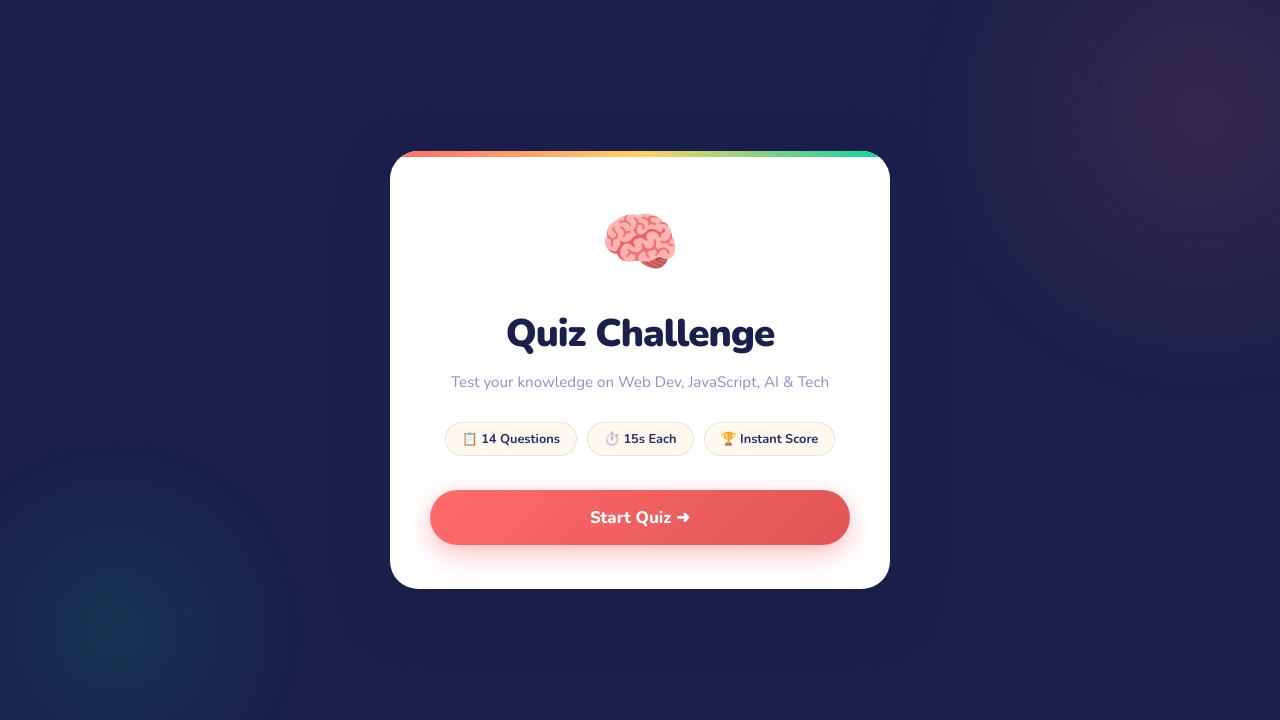
Repository: fatimaqueen9967-eng/SyntacexhubQuizApp
Page: index.html
An editor plug-in stored every save of this project. The page is shown before and after the next save, followed by the edit.
The browser window is 1280 px wide. The pictures show the whole page.

Above is the page before, as saved 2026-03-15 16:54:06.

### index.html
<!DOCTYPE html>
<html lang="en">
<head>
    <meta charset="UTF-8">
    <meta name="viewport" content="width=device-width, initial-scale=1.0">
    <title>Quiz App</title>
    <link rel="preconnect" href="https://fonts.googleapis.com">
    <link href="https://fonts.googleapis.com/css2?family=Nunito:wght@400;600;700;800;900&display=swap" rel="stylesheet">
    <link rel="stylesheet" href="style.css">
</head>
<body>

    <!-- ========== SCREEN 1: START ========== -->
    <div id="start-screen" class="screen active">
        <div class="start-card">
            <div class="start-icon">🧠</div>
            <h1>Quiz Challenge</h1>
            <p class="start-sub">Test your knowledge on Web Dev, JavaScript, AI & Tech</p>
            <div class="start-badges">
                <div class="badge">📋 14 Questions</div>
                <div class="badge">⏱️ 15s Each</div>
                <div class="badge">🏆 Instant Score</div>
            </div>
            <button id="startBtn" class="btn-main">Start Quiz ➜</button>
        </div>
    </div>

    <!-- ========== SCREEN 2: QUIZ ========== -->
    <div id="quiz-screen" class="screen">
        <h1 class="quiz-heading">My Quiz App</h1>
        <div class="box" id="quiz-box">
            <div id="progress-bar-wrap">
                <div id="progress-bar"></div>
            </div>
            <div id="meta-row">
                <span id="q-counter">Question 1 / 14</span>
                <span id="timer">⏱ 15s</span>
            </div>
            <div class="question">
                <p id="question-text">Loading...</p>
            </div>
            <div class="options" id="options-container"></div>
            <p id="feedback"></p>
            <button id="nextBtn" style="display:none;">Next →</button>
        </div>
    </div>

    <!-- ========== SCREEN 3: RESULT ========== -->
    <div id="result-screen" class="screen">
        <div class="result-card">
            <div class="result-trophy" id="result-trophy">🏆</div>
            <h2 class="result-title" id="result-title">Excellent!</h2>
            <p class="result-sub" id="result-sub">You really know your stuff!</p>

            <div class="score-ring-wrap">
                <svg class="score-svg" viewBox="0 0 120 120">
                    <defs>
                        <linearGradient id="scoreGrad" x1="0%" y1="0%" x2="100%" y2="100%">
                            <stop offset="0%"   stop-color="#ff6b6b"/>
                            <stop offset="50%"  stop-color="#ffd166"/>
                            <stop offset="100%" stop-color="#06d6a0"/>
                        </linearGradient>
                    </defs>
                    <circle class="ring-bg"   cx="60" cy="60" r="50"/>
                    <circle class="ring-fill" id="ring-fill" cx="60" cy="60" r="50"/>
                </svg>
                <div class="score-center">
                    <span class="score-num" id="score-num">0</span>
                    <span class="score-den">/14</span>
                </div>
            </div>

            <div class="result-stats">
                <div class="stat-box stat-correct">
                    <span class="stat-icon">✅</span>
                    <span class="stat-num" id="st-correct">0</span>
                    <span class="stat-lbl">Correct</span>
                </div>
                <div class="stat-box stat-wrong">
                    <span class="stat-icon">❌</span>
                    <span class="stat-num" id="st-wrong">0</span>
                    <span class="stat-lbl">Wrong</span>
                </div>
                <div class="stat-box stat-pct">
                    <span class="stat-icon">📊</span>
                    <span class="stat-num" id="st-pct">0%</span>
                    <span class="stat-lbl">Score</span>
                </div>
            </div>

            <p class="result-msg" id="result-msg"></p>

            <div class="result-btns">
                <button id="restartBtn" class="btn-main">🔄 Play Again</button>
            </div>
        </div>
    </div>

    <script src="script.js"></script>
</body>
</html>

### style.css
@import url('https://fonts.googleapis.com/css2?family=Nunito:wght@400;600;700;800;900&display=swap');

*, *::before, *::after {
    box-sizing: border-box;
    margin: 0;
    padding: 0;
}

:root {
    --navy:        #1a1f4b;
    --navy-mid:    #252d6b;
    --navy-light:  #3a4490;
    --coral:       #ff6b6b;
    --coral-dark:  #e05555;
    --coral-light: #ff9a9a;
    --cream:       #fff9f0;
    --gold:        #ffd166;
    --gold-dark:   #f5b800;
    --mint:        #06d6a0;
    --mint-dark:   #05b887;
    --text-dark:   #1a1f4b;
    --text-mid:    #4a5180;
    --text-muted:  #8b91c0;
    --white:       #ffffff;
    --shadow-deep: 0 20px 60px rgba(26,31,75,0.3);
    --radius-sm:   10px;
    --radius-md:   18px;
    --radius-lg:   28px;
}

body {
    font-family: 'Nunito', sans-serif;
    background: var(--navy);
    min-height: 100vh;
    display: flex;
    align-items: center;
    justify-content: center;
    padding: 20px;
    overflow-x: hidden;
    position: relative;
}

body::before {
    content: '';
    position: fixed;
    width: 600px; height: 600px;
    background: radial-gradient(circle, rgba(255,107,107,0.12) 0%, transparent 65%);
    top: -200px; right: -200px;
    border-radius: 50%;
    pointer-events: none;
    animation: bgFloat 8s ease-in-out infinite alternate;
}
body::after {
    content: '';
    position: fixed;
    width: 400px; height: 400px;
    background: radial-gradient(circle, rgba(6,214,160,0.1) 0%, transparent 65%);
    bottom: -100px; left: -100px;
    border-radius: 50%;
    pointer-events: none;
    animation: bgFloat 10s ease-in-out infinite alternate-reverse;
}
@keyframes bgFloat {
    from { transform: translate(0,0) scale(1); }
    to   { transform: translate(30px,20px) scale(1.08); }
}

/* SCREENS */
.screen {
    position: fixed;
    inset: 0;
    display: flex;
    flex-direction: column;
    align-items: center;
    justify-content: center;
    padding:  40px 20px;
    padding-top: 60px;
    padding-bottom: 40px;
    opacity: 0;
    pointer-events: none;
    transition: opacity 0.45s ease;
    z-index: 10;
    overflow-y: auto;
}
.screen.active {
    opacity: 1;
    pointer-events: all;
}

/* START CARD */
.start-card {
    background: var(--white);
    border-radius: var(--radius-lg);
    padding: 52px 40px 44px;
    text-align: center;
    max-width: 440px;
    width: 100%;
    box-shadow: var(--shadow-deep);
    animation: popIn 0.7s cubic-bezier(0.16,1,0.3,1) both;
    position: relative;
    overflow: hidden;
}
.start-card::before {
    content: '';
    position: absolute;
    top: 0; left: 0; right: 0;
    height: 6px;
    background: linear-gradient(90deg, var(--coral), var(--gold), var(--mint));
}

.start-icon {
    font-size: 4rem;
    display: block;
    margin-bottom: 16px;
    animation: bounce 1.8s ease-in-out infinite;
}
@keyframes bounce {
    0%,100% { transform: translateY(0); }
    50%      { transform: translateY(-10px); }
}

.start-card h1 {
    font-size: 2.4rem;
    font-weight: 900;
    color: var(--navy);
    letter-spacing: -1px;
    margin-bottom: 10px;
}
.start-sub {
    color: var(--text-muted);
    font-size: 0.95rem;
    line-height: 1.6;
    margin-bottom: 28px;
}
.start-badges {
    display: flex;
    justify-content: center;
    gap: 10px;
    flex-wrap: wrap;
    margin-bottom: 34px;
}
.badge {
    background: var(--cream);
    color: var(--navy-mid);
    border: 1.5px solid rgba(26,31,75,0.1);
    padding: 7px 16px;
    border-radius: 50px;
    font-size: 0.8rem;
    font-weight: 700;
}

/* MAIN BUTTON */
.btn-main {
    display: inline-flex;
    align-items: center;
    justify-content: center;
    gap: 8px;
    width: 100%;
    padding: 16px 32px;
    background: linear-gradient(135deg, var(--coral), var(--coral-dark));
    color: var(--white);
    border: none;
    border-radius: 50px;
    font-family: 'Nunito', sans-serif;
    font-size: 1.05rem;
    font-weight: 800;
    cursor: pointer;
    box-shadow: 0 8px 24px rgba(255,107,107,0.45);
    transition: transform 0.25s ease, box-shadow 0.25s ease;
}
.btn-main:hover {
    transform: translateY(-3px);
    box-shadow: 0 14px 32px rgba(255,107,107,0.55);
    color:black;
}
.btn-main:active { transform: translateY(0); }

/* QUIZ SCREEN */
.quiz-heading {
    font-size: 1.5rem;
    font-weight: 900;
    color: var(--white);
    margin-bottom: 18px;
    letter-spacing: -0.5px;
}
.box {
    background: var(--white);
    color: var(--text-dark);
    padding: 28px 24px;
    border-radius: var(--radius-md);
    width: 100%;
    max-width: 460px;
    overflow-wrap: anywhere;
    box-shadow: var(--shadow-deep);
    border-top: 6px solid var(--coral);
}

#progress-bar-wrap {
    background: #ede8ff;
    border-radius: 50px;
    height: 8px;
    margin-bottom: 14px;
    overflow: hidden;
}
#progress-bar {
    height: 100%;
    background: linear-gradient(90deg, var(--coral), var(--gold));
    border-radius: 50px;
    width: 0%;
    transition: width 0.5s ease;
    box-shadow: 0 0 8px rgba(255,107,107,0.4);
}

#meta-row {
    display: flex;
    justify-content: space-between;
    align-items: center;
    margin-bottom: 18px;
    font-size: 0.82rem;
    font-weight: 700;
    color: var(--text-mid);
}
#timer {
    background: #fff0f0;
    border: 1.5px solid var(--coral-light);
    color: var(--coral-dark);
    padding: 4px 14px;
    border-radius: 50px;
    font-weight: 800;
    font-size: 0.8rem;
    transition: all 0.3s;
}
#timer.urgent {
    background: var(--coral);
    color: var(--white);
    border-color: var(--coral);
    animation: timerPulse 0.5s ease infinite alternate;
}
@keyframes timerPulse {
    from { transform: scale(1); }
    to   { transform: scale(1.08); }
}

.question { margin-bottom: 16px; }
.question p {
    font-size: 1.05rem;
    font-weight: 700;
    color: var(--navy);
    line-height: 1.65;
}
.options {
    display: flex;
    flex-direction: column;
    gap: 8px;
    margin-bottom: 16px;
}

button {
    background: var(--cream);
    color: var(--navy);
    padding: 12px 16px;
    margin: 0;
    border: 2px solid rgba(26,31,75,0.1);
    border-radius: var(--radius-sm);
    cursor: pointer;
    font-family: 'Nunito', sans-serif;
    font-size: 0.88rem;
    font-weight: 700;
    text-align: left;
    width: 100%;
    transition: background 0.2s, transform 0.18s, box-shadow 0.2s, border-color 0.2s;
    animation: fadeSlideUp 0.3s ease both;
}
button:nth-child(1) { animation-delay: 0.04s; }
button:nth-child(2) { animation-delay: 0.09s; }
button:nth-child(3) { animation-delay: 0.14s; }
button:nth-child(4) { animation-delay: 0.19s; }

button:hover:not(:disabled) {
    background: #ede8ff;
    border-color: var(--navy-light);
    transform: translateX(5px);
    box-shadow: 0 4px 14px rgba(26,31,75,0.12);
}
button.correct {
    background: #d4f7e8 !important;
    border-color: var(--mint) !important;
    color: #047857 !important;
    animation: correctPop 0.35s ease both;
}
button.wrong {
    background: #ffe5e5 !important;
    border-color: var(--coral) !important;
    color: var(--coral-dark) !important;
    animation: wrongShake 0.4s ease both;
}
button:disabled { cursor: not-allowed; opacity: 0.9; }

#feedback {
    font-size: 0.85rem;
    font-weight: 700;
    min-height: 22px;
    margin-bottom: 10px;
    color: var(--text-muted);
}
#feedback.ok      { color: var(--mint-dark); }
#feedback.err     { color: var(--coral-dark); }
#feedback.timeout { color: var(--gold-dark); }

#nextBtn {
    background: linear-gradient(135deg, var(--navy), var(--navy-light));
    color: var(--white);
    padding: 12px 28px;
    border: none;
    border-radius: 50px;
    font-family: 'Nunito', sans-serif;
    font-size: 0.92rem;
    font-weight: 800;
    width: 100%;
    text-align: center;
    cursor: pointer;
    box-shadow: 0 6px 18px rgba(26,31,75,0.3);
    transition: transform 0.2s, box-shadow 0.2s;
    animation: fadeIn 0.3s ease both;
}
#nextBtn:hover {
    transform: translateY(-2px);
    box-shadow: 0 10px 26px rgba(26,31,75,0.4);
}

/* RESULT SCREEN */
.result-card {
    background: var(--white);
    border-radius: var(--radius-lg);
    padding: 44px 36px 60px;
    text-align: center;
    max-width: 440px;
    width: 100%;
    box-shadow: var(--shadow-deep);
    animation: popIn 0.7s cubic-bezier(0.16,1,0.3,1) both;
    position: relative;
    overflow: hidden;
    /* max-height: 90vh; */
    /* overflow-y: auto; */
    margin-bottom: 30px;
}
.result-card::before {
    content: '';
    position: absolute;
    top: 0; left: 0; right: 0;
    height: 6px;
    background: linear-gradient(90deg, var(--gold), var(--coral), var(--mint));
}
.result-trophy {
    font-size: 4rem;
    display: block;
    margin-bottom: 10px;
    animation: trophyBounce 0.7s cubic-bezier(0.36,0.07,0.19,0.97) both 0.2s;
}
@keyframes trophyBounce {
    0%   { transform: scale(0) rotate(-15deg); opacity: 0; }
    60%  { transform: scale(1.25) rotate(5deg); }
    80%  { transform: scale(0.9) rotate(-3deg); }
    100% { transform: scale(1) rotate(0deg); opacity: 1; }
}
.result-title {
    font-size: 2rem;
    font-weight: 900;
    color: var(--navy);
    margin-bottom: 4px;
    letter-spacing: -0.5px;
}
.result-sub {
    color: var(--text-muted);
    font-size: 0.92rem;
    margin-bottom: 26px;
}

/* Score Ring */
.score-ring-wrap {
    position: relative;
    width: 150px; height: 150px;
    margin: 0 auto 28px;
}
.score-svg {
    width: 100%; height: 100%;
    transform: rotate(-90deg);
}
.ring-bg {
    fill: none;
    stroke: #f0eeff;
    stroke-width: 10;
}
.ring-fill {
    fill: none;
    stroke: url(#scoreGrad);
    stroke-width: 10;
    stroke-linecap: round;
    stroke-dasharray: 314;
    stroke-dashoffset: 314;
    transition: stroke-dashoffset 1.4s cubic-bezier(0.4,0,0.2,1) 0.3s;
}
.score-center {
    position: absolute;
    inset: 0;
    display: flex;
    align-items: center;
    justify-content: center;
    gap: 2px;
}
.score-num {
    font-size: 2.4rem;
    font-weight: 900;
    color: var(--navy);
    line-height: 1;
}
.score-den {
    font-size: 1rem;
    font-weight: 700;
    color: var(--text-muted);
    margin-top: 10px;
}

/* Stat Boxes */
.result-stats {
    display: flex;
    gap: 12px;
    margin-bottom: 20px;
    justify-content: center;
}
.stat-box {
    flex: 1;
    border-radius: var(--radius-sm);
    padding: 14px 10px;
    display: flex;
    flex-direction: column;
    align-items: center;
    gap: 4px;
    border: 2px solid transparent;
}
.stat-correct { background: #e8fdf4; border-color: #a7f3d0; }
.stat-wrong   { background: #fff1f1; border-color: #fecaca; }
.stat-pct     { background: #fff9e6; border-color: #fde68a; }
.stat-icon { font-size: 1.2rem; }
.stat-box .stat-num {
    font-size: 1.6rem;
    font-weight: 900;
    line-height: 1;
}
.stat-correct .stat-num { color: #059669; }
.stat-wrong   .stat-num { color: var(--coral-dark); }
.stat-pct     .stat-num { color: var(--gold-dark); }
.stat-lbl {
    font-size: 0.72rem;
    font-weight: 700;
    color: var(--text-muted);
    text-transform: uppercase;
    letter-spacing: 0.5px;
}
.result-msg {
    background: var(--cream);
    border-left: 4px solid var(--coral);
    color: var(--text-mid);
    font-size: 0.88rem;
    font-weight: 600;
    line-height: 1.55;
    padding: 12px 16px;
    border-radius: 0 var(--radius-sm) var(--radius-sm) 0;
    margin-bottom: 24px;
    text-align: left;
}
.result-btns {
    display: flex;
    gap: 12px;
    margin-top: 10px;
    padding-bottom: 20px;
}

/* ANIMATIONS */
@keyframes popIn {
    from { opacity: 0; transform: scale(0.92) translateY(24px); }
    to   { opacity: 1; transform: scale(1) translateY(0); }
}
@keyframes fadeSlideUp {
    from { opacity: 0; transform: translateY(10px); }
    to   { opacity: 1; transform: translateY(0); }
}
@keyframes fadeIn {
    from { opacity: 0; }
    to   { opacity: 1; }
}
@keyframes correctPop {
    0%   { transform: scale(1); }
    40%  { transform: scale(1.04); }
    100% { transform: scale(1); }
}
@keyframes wrongShake {
    0%,100% { transform: translateX(0); }
    20%     { transform: translateX(-7px); }
    40%     { transform: translateX(7px); }
    60%     { transform: translateX(-4px); }
    80%     { transform: translateX(4px); }
}
.question p.slide-in {
    animation: fadeDown 0.35s ease both;
}
@keyframes fadeDown {
    from { opacity: 0; transform: translateY(-10px); }
    to   { opacity: 1; transform: translateY(0); }
}

/* MEDIA QUERIES */
@media (max-width: 600px) {
    .start-card, .result-card { padding: 38px 20px 32px; }
    .start-card h1 { font-size: 1.9rem; }
    .box { padding: 22px 16px; }
    .quiz-heading { font-size: 1.25rem; }
    .question p { font-size: 0.96rem; }
    button { font-size: 0.82rem; padding: 11px 14px; }
    #meta-row { font-size: 0.76rem; }
    .result-title { font-size: 1.6rem; }
    .score-ring-wrap { width: 130px; height: 130px; }
    .score-num { font-size: 2rem; }
    .stat-box { padding: 12px 8px; }
    .stat-box .stat-num { font-size: 1.3rem; }
}
@media (max-width: 380px) {
    body { padding: 12px; }
    .start-card h1 { font-size: 1.6rem; }
    .start-badges { flex-direction: column; align-items: center; }
}
@media (min-width: 900px) {
    .box, .start-card, .result-card { max-width: 500px; }
}

Loaded but not shown: script.js (209 lines, source omitted)

After the next save:
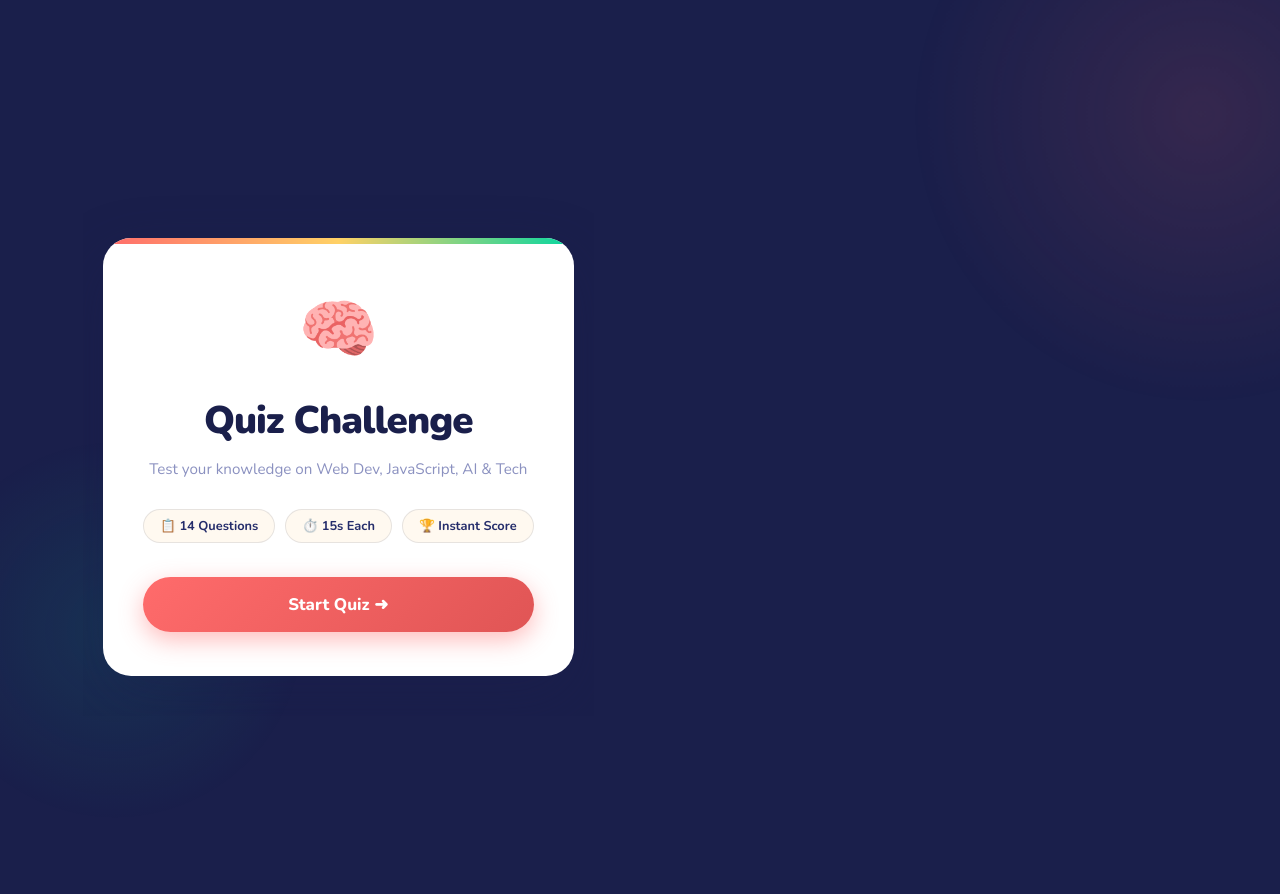
Saved 6 s later.
--- a/style.css
+++ b/style.css
@@ -67,7 +67,7 @@
 
 /* SCREENS */
 .screen {
-    position: fixed;
+    /* position: fixed; */
     inset: 0;
     display: flex;
     flex-direction: column;

After the save that followed:
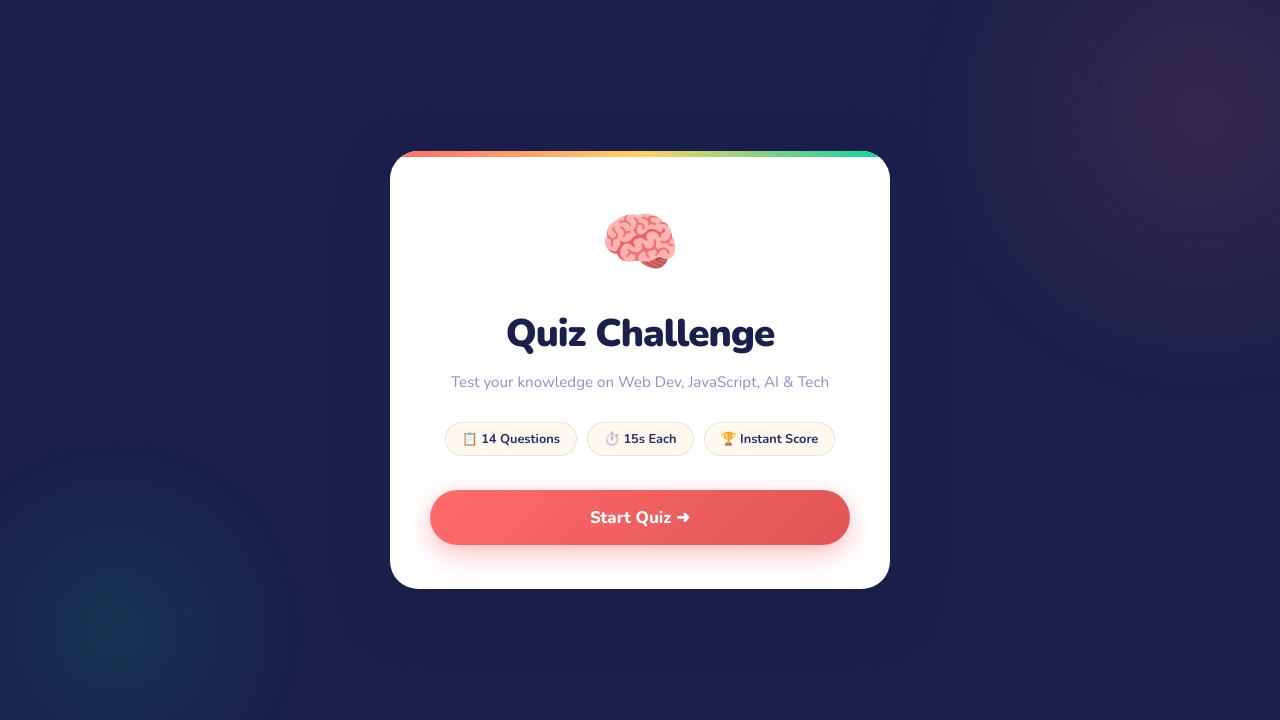
Saved 7 s later.
--- a/style.css
+++ b/style.css
@@ -67,7 +67,7 @@
 
 /* SCREENS */
 .screen {
-    /* position: fixed; */
+    position: fixed;
     inset: 0;
     display: flex;
     flex-direction: column;
